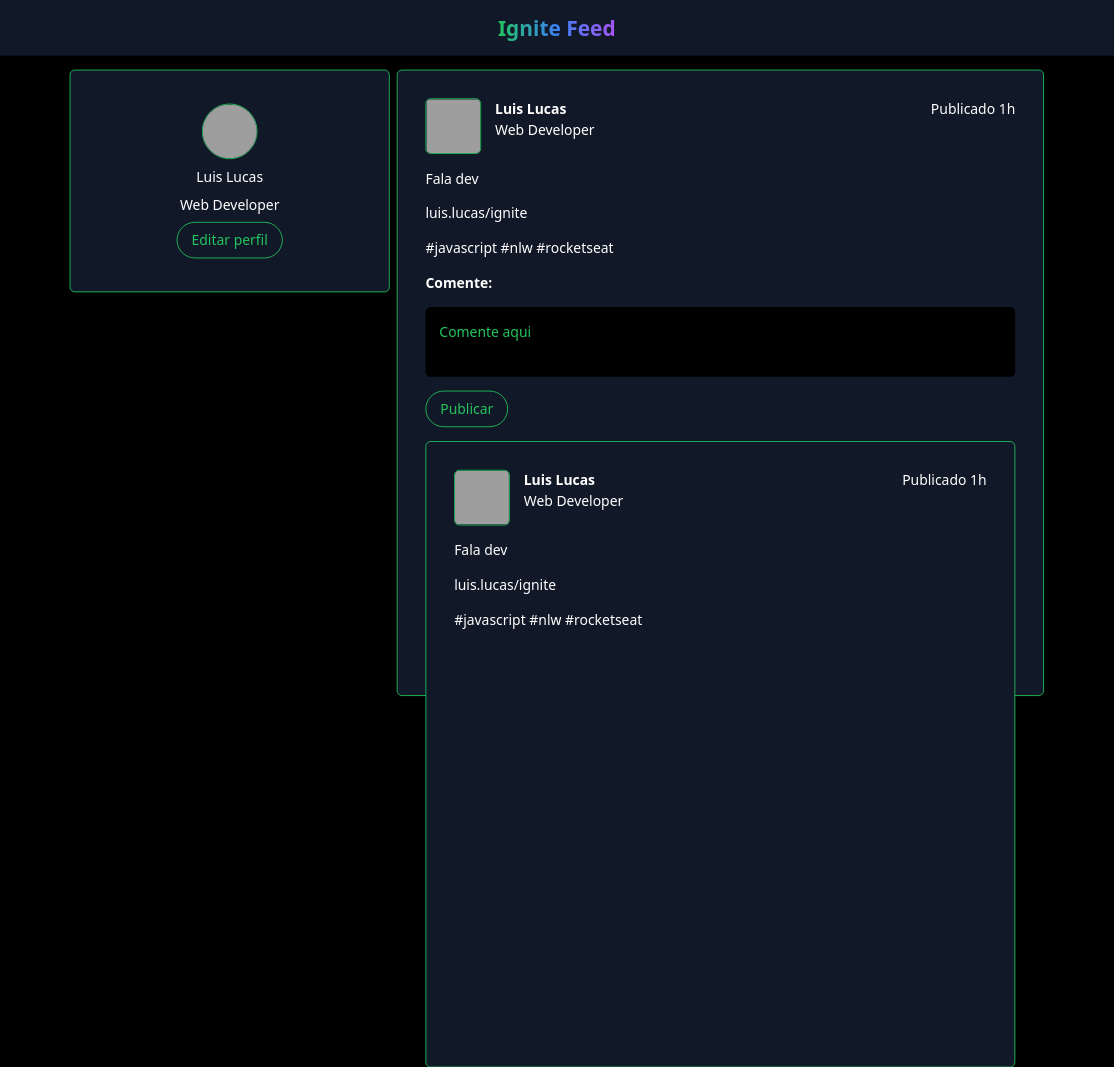
Repository: LuisSempre/ignite-feed
Page: /
These files come from the project's save history. The page is drawn as it stood at one moment and after the next save; the edit follows.
The browser window is 1280 px wide. The pictures show the whole page, at 87% of full size.
Pictures or frames that could not be fetched are drawn as grey boxes. The project was rebuilt for these pictures with package versions that can differ from the ones it lists, and the page was loaded fresh each time. Also part of the build but not shown: vite.config.js.

Above is the page before, as saved 2022-07-14 21:32:49.

### src/App.jsx
import { Header } from "./Components/Header"
import { Sidebar } from "./Components/Sidebar"
import { Post } from "./Components/Post"

function App() {
  return (
    <div>
      <Header />
      <div className="grid items-start max-w-6xl grid-cols-3 gap-2 p-4 mx-auto">
        <Sidebar />
        <div className="col-span-2">
         <Post />
        </div>
      </div>
    </div>
  );
}

export default App;

### src/index.css
@tailwind base;
@tailwind components;
@tailwind utilities;

body {
    @apply bg-black text-white;
}

### src/Components/Header.jsx
export function Header() {
  return (
    <div className="flex items-center justify-center h-16 bg-gray-900 mx-auto w-full">
      <h1 className="text-2xl font-bold text-transparent bg-clip-text bg-gradient-to-r from-green-500  via-blue-500 to-purple-500">Ignite Feed</h1>
    </div>
  )
}

### src/Components/Sidebar.jsx
export function Sidebar() {
  return (
    <div className="rounded-md bg-gray-900 justify-center items-center flex flex-col text-center h-64 space-y-2  border border-green-500">
        <img
          className="w-16 h-16 rounded-full overflow-hidden object-cover border border-green-500"
          src="https://avatars.githubusercontent.com/u/32404639?v=4"
          alt=""
        />
        <h1>Luis Lucas</h1>
        <span>Web Developer</span>
        <a
          href=""
          className="border border-green-500 px-4 py-2 rounded-full text-green-500"
        >
          Editar perfil
        </a>
    </div>
  );
}

### src/Components/Post.jsx
import { Comment } from "./Comment"

export function Post() {
  return (
    <div className="h-screen p-8 space-y-4 bg-gray-900 border border-green-500 rounded-md ">
      <div className="flex justify-between ">
        <div className="flex gap-4">
          <img
            className="w-16 h-16 border border-green-500 rounded-md"
            src="https://github.com/luissempre.png"
            alt=""
          />
          <div className="flex flex-col">
            <strong>Luis Lucas </strong>
            <span>Web Developer</span>
          </div>
        </div>
        <div>
          <time dataTime="2022-05-11 08:13:00">Publicado 1h</time>
        </div>
      </div>
      <div className="space-y-4">
        <p>Fala dev</p>
        <p>luis.lucas/ignite</p>
        <p>#javascript #nlw #rocketseat</p>
      </div>

      <form className="flex flex-col items-start justify-start space-y-4">
        <strong>Comente:</strong>
        <textarea
          className="w-full p-4 placeholder-green-500 bg-black rounded-md resize-none focus:-green-500"
          placeholder="Comente aqui"
        />
          <button
            type="submit"
            className="px-4 py-2 text-green-500 border border-green-500 rounded-full"
          >
            Publicar
          </button>
      </form>
      <Comment />
    </div>
  );
}

### src/Components/Comment.jsx


export function Comment() {
  return (
    <div className="h-screen p-8 space-y-4 bg-gray-900 border border-green-500 rounded-md ">
      <div className="flex justify-between ">
        <div className="flex gap-4">
          <img
            className="w-16 h-16 border border-green-500 rounded-md"
            src="https://github.com/luissempre.png"
            alt=""
          />
          <div className="flex flex-col">
            <strong>Luis Lucas </strong>
            <span>Web Developer</span>
          </div>
        </div>
        <div>
          <time dataTime="2022-05-11 08:13:00">Publicado 1h</time>
        </div>
      </div>
      <div className="space-y-4">
        <p>Fala dev</p>
        <p>luis.lucas/ignite</p>
        <p>#javascript #nlw #rocketseat</p>
      </div>
    </div>
  );
}

Loaded but not shown: index.html (common file); src/main.jsx (common file); tailwind.config.js (common file)

After the next save:
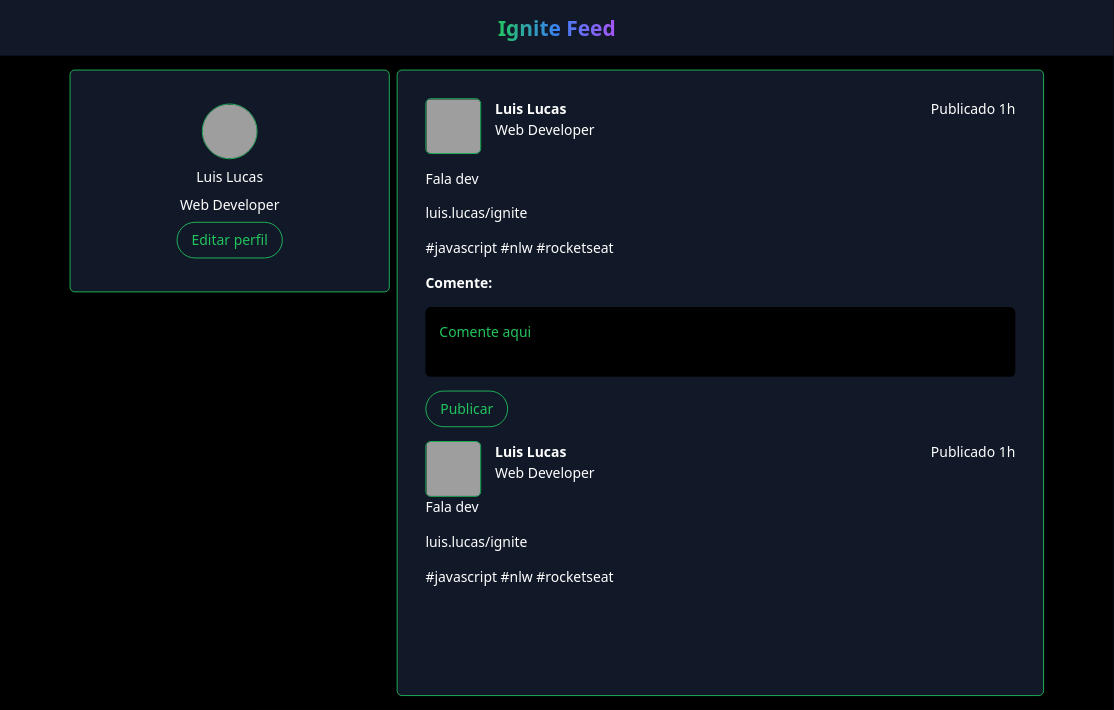
Saved 8 s later.
--- a/src/Components/Comment.jsx
+++ b/src/Components/Comment.jsx
@@ -2,7 +2,7 @@
 
 export function Comment() {
   return (
-    <div className="h-screen p-8 space-y-4 bg-gray-900 border border-green-500 rounded-md ">
+    <div className="">
       <div className="flex justify-between ">
         <div className="flex gap-4">
           <img
